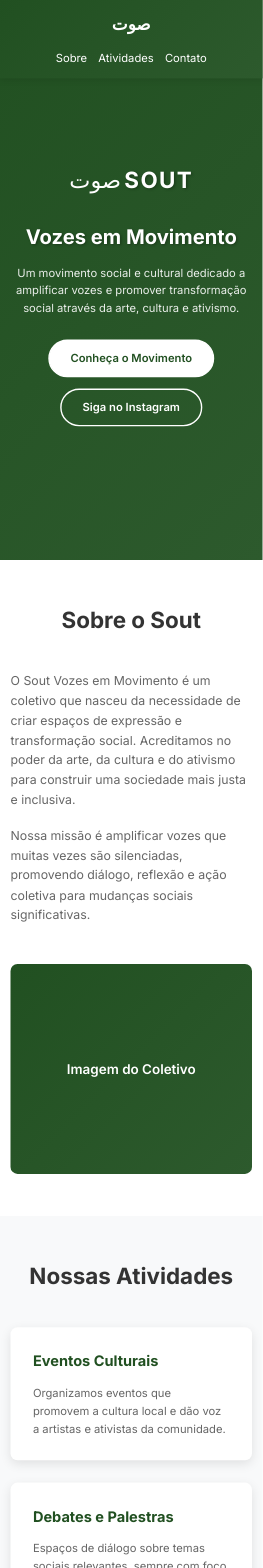
Repository: farukzahra/sout
Page: index.html
An editor plug-in stored every save of this project. The page is shown before and after a run of saves, followed by the edit.
The browser window is 375 px wide. The pictures show the part of the page from y = 0 to 2240 px (the page is 3551 px tall), at 70% of full size.

Above is the page before, as saved 2025-10-02 13:00:52.

### index.html
<!DOCTYPE html>
<html lang="pt-BR">
<head>
    <meta charset="UTF-8">
    <meta name="viewport" content="width=device-width, initial-scale=1.0">
    <title>Sout Vozes em Movimento</title>
    <meta name="description" content="Sout Vozes em Movimento - Movimento social e cultural">
    <link rel="stylesheet" href="style.css">
    <link href="https://fonts.googleapis.com/css2?family=Inter:wght@300;400;600;700&display=swap" rel="stylesheet">
</head>
<body>
    <header class="header">
        <nav class="nav">
            <div class="nav-brand">
                <h1>صوت</h1>
            </div>
            <ul class="nav-menu">
                <li><a href="#sobre">Sobre</a></li>
                <li><a href="#atividades">Atividades</a></li>
                <li><a href="#contato">Contato</a></li>
            </ul>
        </nav>
    </header>

    <main>
        <section class="hero">
            <div class="hero-content">
                <div class="hero-logo">
                    <div class="logo-combined">
                        <span class="logo-text">صوت</span>
                        <span class="logo-main">SOUT</span>
                    </div>
                </div>
                <h2>Vozes em Movimento</h2>
                <p>Um movimento social e cultural dedicado a amplificar vozes e promover transformação social através da arte, cultura e ativismo.</p>
                <div class="hero-buttons">
                    <a href="#sobre" class="btn btn-primary">Conheça o Movimento</a>
                    <a href="https://www.instagram.com/sout_vozesemmovimento/" target="_blank" class="btn btn-secondary">Siga no Instagram</a>
                </div>
            </div>
        </section>

        <section id="sobre" class="section">
            <div class="container">
                <h2>Sobre o Sout</h2>
                <div class="about-content">
                    <div class="about-text">
                        <p>O Sout Vozes em Movimento é um coletivo que nasceu da necessidade de criar espaços de expressão e transformação social. Acreditamos no poder da arte, da cultura e do ativismo para construir uma sociedade mais justa e inclusiva.</p>
                        <p>Nossa missão é amplificar vozes que muitas vezes são silenciadas, promovendo diálogo, reflexão e ação coletiva para mudanças sociais significativas.</p>
                    </div>
                    <div class="about-image">
                        <div class="placeholder-image">
                            <span>Imagem do Coletivo</span>
                        </div>
                    </div>
                </div>
            </div>
        </section>

        <section id="atividades" class="section section-alt">
            <div class="container">
                <h2>Nossas Atividades</h2>
                <div class="activities-grid">
                    <div class="activity-card">
                        <h3>Eventos Culturais</h3>
                        <p>Organizamos eventos que promovem a cultura local e dão voz a artistas e ativistas da comunidade.</p>
                    </div>
                    <div class="activity-card">
                        <h3>Debates e Palestras</h3>
                        <p>Espaços de diálogo sobre temas sociais relevantes, sempre com foco na transformação social.</p>
                    </div>
                    <div class="activity-card">
                        <h3>Ativismo Social</h3>
                        <p>Participamos ativamente de movimentos e campanhas que lutam por justiça social e direitos humanos.</p>
                    </div>
                </div>
            </div>
        </section>

        <section id="contato" class="section">
            <div class="container">
                <h2>Entre em Contato</h2>
                <div class="contact-content">
                    <div class="contact-info">
                        <h3>Conecte-se Conosco</h3>
                        <p>Siga nossas redes sociais para acompanhar nossas atividades e participar do movimento.</p>
                        <div class="social-links">
                            <a href="https://www.instagram.com/sout_vozesemmovimento/" target="_blank" class="social-link">
                                <span>📷</span> Instagram
                            </a>
                        </div>
                    </div>
                    <div class="contact-form">
                        <h3>Envie uma Mensagem</h3>
                        <form>
                            <input type="text" placeholder="Seu nome" required>
                            <input type="email" placeholder="Seu email" required>
                            <textarea placeholder="Sua mensagem" rows="5" required></textarea>
                            <button type="submit" class="btn btn-primary">Enviar Mensagem</button>
                        </form>
                    </div>
                </div>
            </div>
        </section>
    </main>

    <footer class="footer">
        <div class="container">
            <p>&copy; 2024 Sout Vozes em Movimento. Todos os direitos reservados.</p>
            <p>Feito com ❤️ para transformar o mundo</p>
        </div>
    </footer>

    <script>
        // Smooth scrolling para links internos
        document.querySelectorAll('a[href^="#"]').forEach(anchor => {
            anchor.addEventListener('click', function (e) {
                e.preventDefault();
                const target = document.querySelector(this.getAttribute('href'));
                if (target) {
                    target.scrollIntoView({
                        behavior: 'smooth',
                        block: 'start'
                    });
                }
            });
        });

        // Formulário de contato (funcionalidade básica)
        document.querySelector('form').addEventListener('submit', function(e) {
            e.preventDefault();
            alert('Obrigado pela sua mensagem! Entraremos em contato em breve.');
            this.reset();
        });
    </script>
</body>
</html>

### style.css
/* Reset e configurações básicas */
* {
    margin: 0;
    padding: 0;
    box-sizing: border-box;
}

body {
    font-family: 'Inter', sans-serif;
    line-height: 1.6;
    color: #333;
    background-color: #fff;
}

.container {
    max-width: 1200px;
    margin: 0 auto;
    padding: 0 20px;
}

/* Header */
.header {
    background: linear-gradient(135deg, #215021 0%, #2d5a2d 100%);
    color: white;
    padding: 1rem 0;
    position: fixed;
    top: 0;
    width: 100%;
    z-index: 1000;
    box-shadow: 0 2px 10px rgba(0,0,0,0.1);
}

.nav {
    display: flex;
    justify-content: space-between;
    align-items: center;
    max-width: 1200px;
    margin: 0 auto;
    padding: 0 20px;
}

.nav-brand h1 {
    font-size: 1.5rem;
    font-weight: 700;
    direction: rtl;
}

.hero-logo {
    margin-bottom: 2rem;
}

.logo-combined {
    display: flex;
    align-items: center;
    justify-content: center;
    gap: 1rem;
}

.hero-logo .logo-text {
    font-size: 3rem;
    direction: rtl;
}

.hero-logo .logo-main {
    font-size: 3rem;
    font-weight: 700;
    letter-spacing: 2px;
    text-shadow: 2px 2px 4px rgba(0,0,0,0.3);
}

.hero-logo .logo-subtitle {
    font-size: 1.2rem;
    opacity: 0.9;
}

.nav-menu {
    display: flex;
    list-style: none;
    gap: 2rem;
}

.nav-menu a {
    color: white;
    text-decoration: none;
    font-weight: 500;
    transition: opacity 0.3s ease;
}

.nav-menu a:hover {
    opacity: 0.8;
}

/* Hero Section */
.hero {
    background: linear-gradient(135deg, #215021 0%, #2d5a2d 100%);
    color: white;
    padding: 120px 0 80px;
    text-align: center;
    min-height: 100vh;
    display: flex;
    align-items: center;
    justify-content: center;
}


.hero-content h2 {
    font-size: 3rem;
    font-weight: 700;
    margin-bottom: 1rem;
    text-shadow: 2px 2px 4px rgba(0,0,0,0.3);
}

.hero-content {
    max-width: 800px;
    margin: 0 auto;
    padding: 0 20px;
}

.hero-content p {
    font-size: 1.2rem;
    margin-bottom: 2rem;
    max-width: 600px;
    margin-left: auto;
    margin-right: auto;
    opacity: 0.9;
}

.hero-buttons {
    display: flex;
    gap: 1rem;
    justify-content: center;
    flex-wrap: wrap;
}

/* Botões */
.btn {
    display: inline-block;
    padding: 12px 30px;
    text-decoration: none;
    border-radius: 50px;
    font-weight: 600;
    transition: all 0.3s ease;
    border: 2px solid transparent;
}

.btn-primary {
    background: white;
    color: #215021;
    border-color: white;
}

.btn-primary:hover {
    background: transparent;
    color: white;
    border-color: white;
}

.btn-secondary {
    background: transparent;
    color: white;
    border-color: white;
}

.btn-secondary:hover {
    background: white;
    color: #215021;
}

/* Seções */
.section {
    padding: 80px 0;
}

.section-alt {
    background-color: #f8f9fa;
}

.section h2 {
    text-align: center;
    font-size: 2.5rem;
    margin-bottom: 3rem;
    color: #333;
}

/* Sobre */
.about-content {
    display: grid;
    grid-template-columns: 2fr 1fr;
    gap: 3rem;
    align-items: center;
}

.about-text p {
    font-size: 1.1rem;
    margin-bottom: 1.5rem;
    color: #666;
}

.placeholder-image {
    background: linear-gradient(135deg, #215021 0%, #2d5a2d 100%);
    height: 300px;
    border-radius: 10px;
    display: flex;
    align-items: center;
    justify-content: center;
    color: white;
    font-size: 1.2rem;
    font-weight: 600;
}

/* Atividades */
.activities-grid {
    display: grid;
    grid-template-columns: repeat(auto-fit, minmax(300px, 1fr));
    gap: 2rem;
}

.activity-card {
    background: white;
    padding: 2rem;
    border-radius: 10px;
    box-shadow: 0 5px 15px rgba(0,0,0,0.1);
    transition: transform 0.3s ease, box-shadow 0.3s ease;
}

.activity-card:hover {
    transform: translateY(-5px);
    box-shadow: 0 10px 25px rgba(0,0,0,0.15);
}

.activity-card h3 {
    color: #215021;
    margin-bottom: 1rem;
    font-size: 1.3rem;
}

.activity-card p {
    color: #666;
    line-height: 1.6;
}

/* Contato */
.contact-content {
    display: grid;
    grid-template-columns: 1fr 1fr;
    gap: 3rem;
}

.contact-info h3 {
    color: #215021;
    margin-bottom: 1rem;
    font-size: 1.5rem;
}

.contact-info p {
    color: #666;
    margin-bottom: 2rem;
}

.social-links {
    display: flex;
    gap: 1rem;
}

.social-link {
    display: flex;
    align-items: center;
    gap: 0.5rem;
    padding: 10px 20px;
    background: linear-gradient(135deg, #215021 0%, #2d5a2d 100%);
    color: white;
    text-decoration: none;
    border-radius: 25px;
    transition: transform 0.3s ease;
}

.social-link:hover {
    transform: translateY(-2px);
}

.contact-form h3 {
    color: #215021;
    margin-bottom: 1rem;
    font-size: 1.5rem;
}

.contact-form form {
    display: flex;
    flex-direction: column;
    gap: 1rem;
}

.contact-form input,
.contact-form textarea {
    padding: 12px;
    border: 2px solid #e1e5e9;
    border-radius: 5px;
    font-family: inherit;
    font-size: 1rem;
    transition: border-color 0.3s ease;
}

.contact-form input:focus,
.contact-form textarea:focus {
    outline: none;
    border-color: #215021;
}

.contact-form textarea {
    resize: vertical;
    min-height: 120px;
}

/* Footer */
.footer {
    background: #333;
    color: white;
    text-align: center;
    padding: 2rem 0;
}

.footer p {
    margin-bottom: 0.5rem;
}

/* Responsividade */
@media (max-width: 768px) {
    .nav {
        flex-direction: column;
        gap: 1rem;
    }

    .nav-menu {
        gap: 1rem;
    }

    .logo-combined {
        gap: 0.5rem;
    }

    .hero-logo .logo-text,
    .hero-logo .logo-main {
        font-size: 2.5rem;
    }

    .hero-content h2 {
        font-size: 2rem;
    }

    .hero-buttons {
        flex-direction: column;
        align-items: center;
    }

    .about-content,
    .contact-content {
        grid-template-columns: 1fr;
        gap: 2rem;
    }

    .activities-grid {
        grid-template-columns: 1fr;
    }

    .section h2 {
        font-size: 2rem;
    }
}

@media (max-width: 480px) {
    .hero {
        padding: 100px 0 60px;
    }

    .logo-combined {
        gap: 0.3rem;
    }

    .hero-logo .logo-text,
    .hero-logo .logo-main {
        font-size: 2rem;
    }

    .hero-content h2 {
        font-size: 1.8rem;
    }

    .hero-content p {
        font-size: 1rem;
    }

    .section {
        padding: 60px 0;
    }

    .container {
        padding: 0 15px;
    }
}

After the next 3 saves:
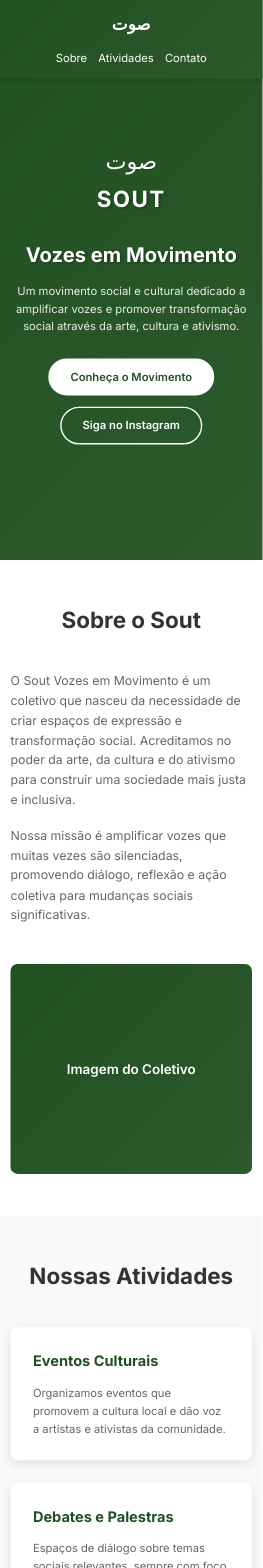
The 3 saves are shown as one change because they came seconds apart.
The last was saved 18 s later.
--- a/style.css
+++ b/style.css
@@ -51,9 +51,10 @@ body {
 
 .logo-combined {
     display: flex;
+    flex-direction: column;
     align-items: center;
     justify-content: center;
-    gap: 1rem;
+    gap: 0.3rem;
 }
 
 .hero-logo .logo-text {
@@ -335,7 +336,7 @@ body {
     }
 
     .logo-combined {
-        gap: 0.5rem;
+        gap: 0.2rem;
     }
 
     .hero-logo .logo-text,
@@ -373,7 +374,7 @@ body {
     }
 
     .logo-combined {
-        gap: 0.3rem;
+        gap: 0.1rem;
     }
 
     .hero-logo .logo-text,
